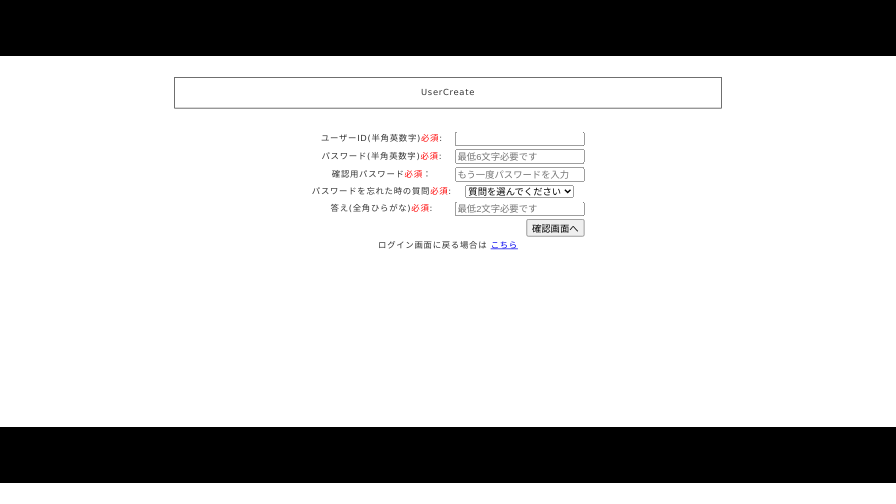
Repository: y321sudo/test2
Page: http://localhost/Yukazon/UserCreateAction.action
An editor plug-in stored every save of this project. The page is shown before and after the next save, followed by the edit.
The browser window is 1280 px wide. The pictures show the whole page, at 70% of full size.
The page is served by Tomcat 9. Other server files are loaded and not shown.

Above is the page before, as saved 2018-02-21 08:28:09.

### Yukazon/WebContent/userCreate.jsp
<%@ page language="java" contentType="text/html; charset=UTF-8" pageEncoding="UTF-8"%>
<%@ taglib prefix="s" uri="/struts-tags"%>
<!DOCTYPE html>
<html>
<head>
	<meta http-equiv="Content-Type" content="text/html; charset=utf-8" />
	<meta http-equiv="Content-Style-Type" content="text/css" />
	<meta http-equiv="Content-Script-Type" content="text/javascript" />
	<meta http-equiv="imagetoolbar" content="no" />
	<meta name="description" content="" />
	<meta name="keywords" content="" />

	<title>新規ユーザー登録画面</title>
	<style type="text/css">
/* ========TAG LAYOUT======== */
	body {
		margin:0;
		padding:0;
		line-height:1.6;
		letter-spacing:1px;
		font-family:Verdana, Helvetica, sans-serif;
		font-size:12px;
		color:#333;
		background:#fff;
	}
	table {
		text-align:center;
		margin:0 auto;
	}
/* ========ID LAYOUT======== */
	#top {
		width:780px;
		margin:30px auto;
		border:1px solid #333;
	}
	#header {
		width: 100%;
		height: 80px;
		background-color: black;
	}
	#main {
		width: 100%;
		height: 500px;
		text-align: center;
	}
	#error{
		font-color:red;
	}
	#footer {
		width: 100%;
		height: 80px;
		background-color: black;
		clear:both;
	}
	</style>
</head>


<body>
	<div id="header">
		<div id="pr">
		</div>
	</div>
	<div id="main">
		<div id="top">
		<p>UserCreate</p>
		</div>
		<div>
	<!-- UserCreateConfirmActionのErrorMassageが表示される -->
			<s:if test="errorMassage != ''">
				<s:property value="errorMassage" escape="false" />
			</s:if>
			<table>
			<!-- "入力確認へ"ボタンを押すと"UserCreateConfirmAction"へ -->
			<s:form action="UserCreateConfirmAction">
				<tr>
					<td>
						<label>ユーザーID(半角英数字)<font color="red">必須</font>:</label>
					</td>
					<td>
						<!-- IDの入力制限:半角英数字のみ、入力必須項目(required) -->
						<input type="text" name="loginUserId" pattern="^[0-9A-Za-z]+$" title="半角英数字でご入力ください。" required />
					</td>
				</tr>
				<tr>
					<td>
						<label>	パスワード(半角英数字)<font color="red">必須</font>:</label>
					</td>
					<td>
						<!-- パスワードの入力制限:半角英数字6文字以上、入力必須項目 -->
						<input type="password" name="loginPassword" placeholder="最低6文字必要です" pattern=".{6,}" title="半角英数字6文字以上でご入力ください。" required/>
					</td>
				</tr>
				<tr>
					<td>
						<label>確認用パスワード<font color="red">必須</font>：</label>
					</td>
					<td>
						<input type="password" name="checkLoginPassword" placeholder="もう一度パスワードを入力" pattern=".{6,}" title="半角英数字6文字以上でご入力ください。" required/>
					</td>
				</tr>
				<tr>
					<td>
						<label>パスワードを忘れた時の質問<font color="red">必須</font>:</label>
					</td>
					<td>
						<select name="secretQuestion">
							<option value="質問を選んでください" selected="selected">質問を選んでください</option>
							<option value="好きな食べ物は？">好きな食べ物は？</option>
							<option value="小学校の名前は？">小学校の名前は？</option>
							<option value="母親の旧姓は？">母親の旧姓は？</option>
						</select>
					</td>
				</tr>
				<tr>
					<td>
						<label>答え(全角ひらがな)<font color="red">必須</font>:</label>
					</td>
					<td>
						<!-- 答えの入力制限:全角ひらがな2文字以上、入力必須項目 -->
						<input type="text" name="secretAnswer" placeholder="最低2文字必要です" pattern="^[ぁ-ん]+$" title="全角ひらがな2文字以上でご入力ください。" required />
					</td>
				</tr>
					<s:submit value="確認画面へ"/>
			</s:form>

			</table>
			<div>
				<span>ログイン画面に戻る場合は</span>
				<a href="http://localhost:8080/Yukazon/home.jsp">こちら</a>
			</div>
		</div>
	</div>
	<div id="footer">
		<div id="pr">
		</div>
	</div>
</body>
</html>

After the next save:
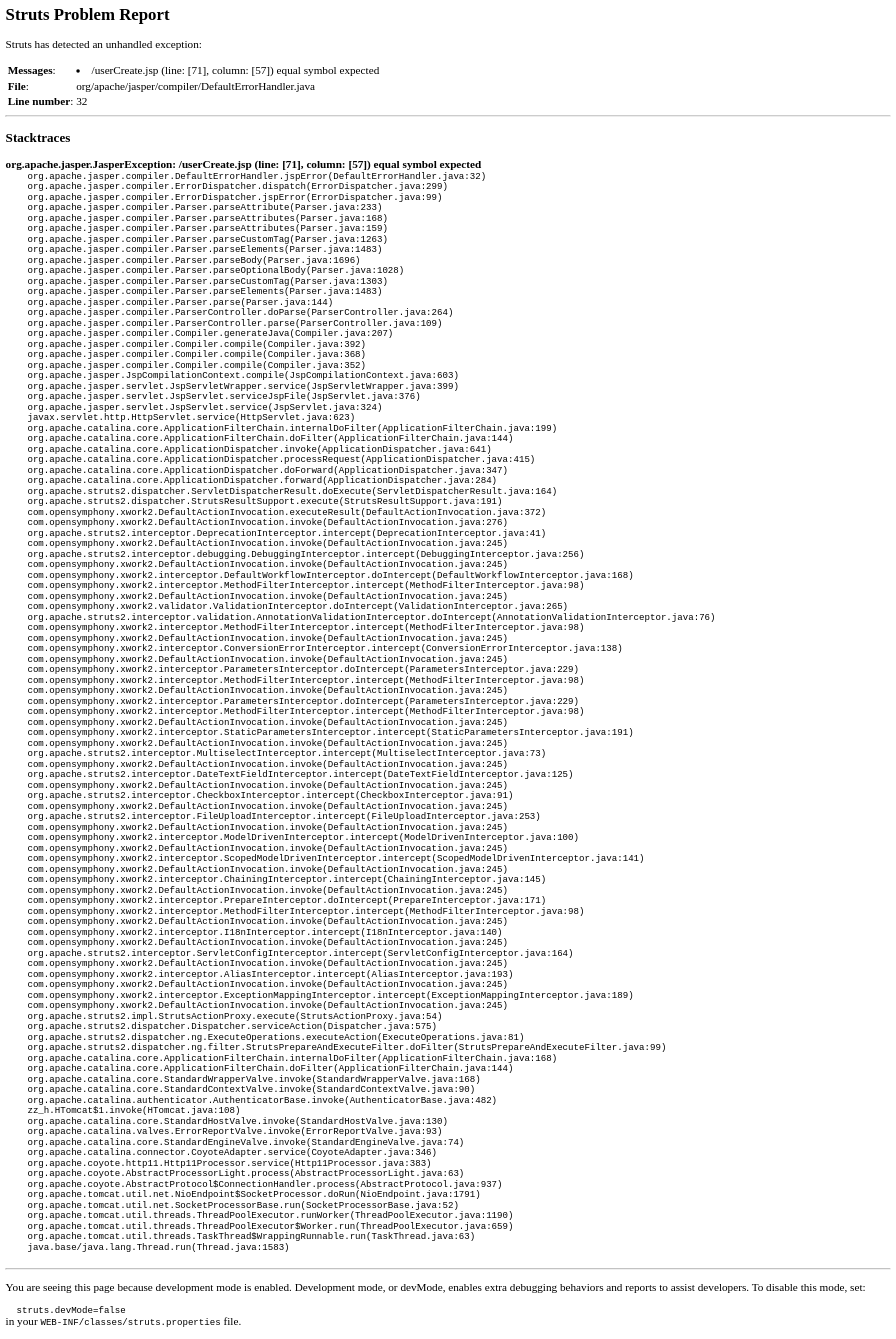
Saved 86 s later.
--- a/Yukazon/WebContent/userCreate.jsp
+++ b/Yukazon/WebContent/userCreate.jsp
@@ -68,7 +68,7 @@
 		<div>
 	<!-- UserCreateConfirmActionのErrorMassageが表示される -->
 			<s:if test="errorMassage != ''">
-				<s:property value="errorMassage" escape="false" />
+				<s:property value="errorMassage" escape="false" font color="red" font size="15px"/>
 			</s:if>
 			<table>
 			<!-- "入力確認へ"ボタンを押すと"UserCreateConfirmAction"へ -->

After the save that followed:
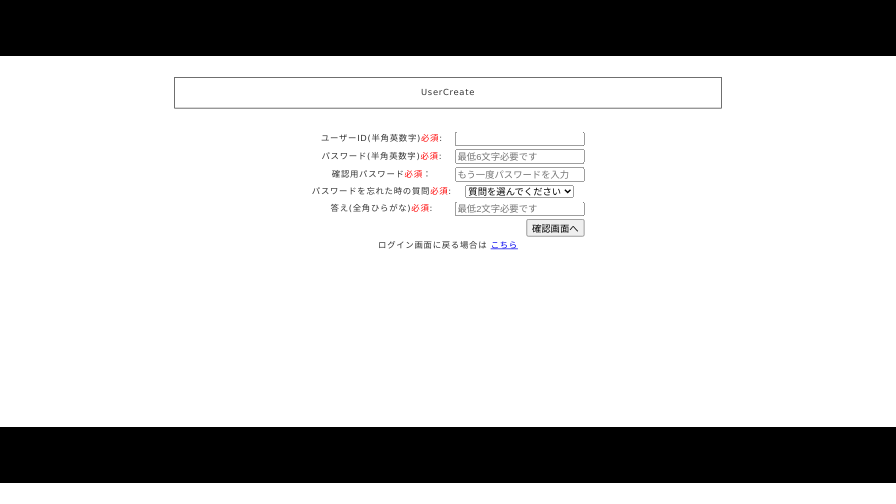
Saved 82 s later.
--- a/Yukazon/WebContent/userCreate.jsp
+++ b/Yukazon/WebContent/userCreate.jsp
@@ -68,7 +68,7 @@
 		<div>
 	<!-- UserCreateConfirmActionのErrorMassageが表示される -->
 			<s:if test="errorMassage != ''">
-				<s:property value="errorMassage" escape="false" font color="red" font size="15px"/>
+				<font color="red"><s:property value="errorMassage" escape="false" /></font>
 			</s:if>
 			<table>
 			<!-- "入力確認へ"ボタンを押すと"UserCreateConfirmAction"へ -->
